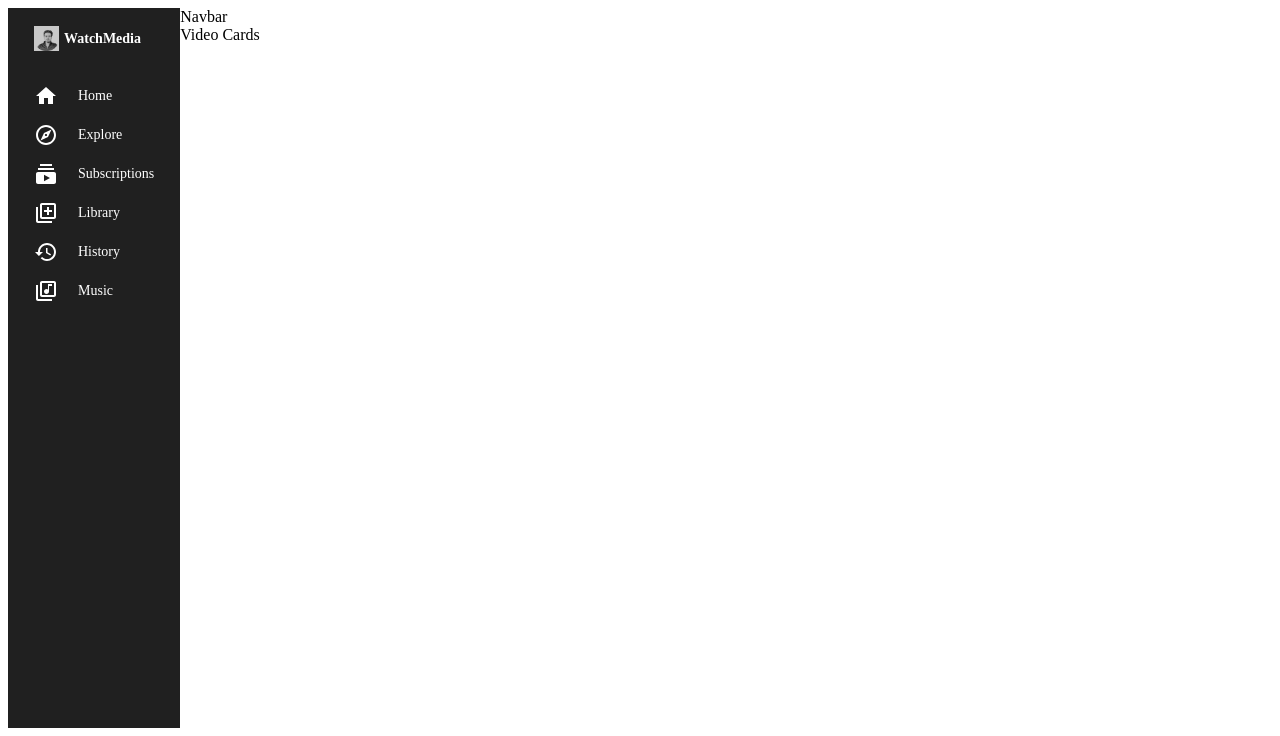
Repository: inzamamahmad3/final-year-project-skeleton
Page: /
The author's editor kept a copy of each file at every save. The page is drawn from the files as they stood at one save, then again after the next save.
The browser window is 1280 px wide. The pictures show the whole page.
The project was rebuilt for these pictures with package versions that can differ from the ones it lists, and the page was loaded fresh each time.

Above is the page before, as saved 2023-07-18 00:15:54.

### src/App.js
import styled from "styled-components";
import Menu from "./components/Menu";
import Navbar from "./components/Navbar";

const Container = styled.div`
  display: flex;
`;
const Main = styled.div`
  flex: 7;
`;
const Wrapper = styled.div``;

function App() {
  return (
    <>
      <Container>
        <Menu />
        <Main>
          <Navbar />
          <Wrapper>Video Cards</Wrapper>
        </Main>
      </Container>
    </>
  );
}

export default App;

### src/components/Menu.jsx
import React from "react";
import styled from "styled-components";
import watch from "../img/pic.png";
import HomeIcon from "@mui/icons-material/Home";
import ExploreOutlinedIcon from "@mui/icons-material/ExploreOutlined";
import SubscriptionsIcon from "@mui/icons-material/Subscriptions";
import LibraryAddOutlinedIcon from "@mui/icons-material/LibraryAddOutlined";
import HistoryOutlinedIcon from "@mui/icons-material/HistoryOutlined";
import LibraryMusicOutlinedIcon from "@mui/icons-material/LibraryMusicOutlined";
import SportsEsportsOutlinedIcon from "@mui/icons-material/SportsEsportsOutlined";
import SportsBasketballOutlinedIcon from "@mui/icons-material/SportsBasketballOutlined";
import MovieOutlinedIcon from "@mui/icons-material/MovieOutlined";
import ArticleOutlinedIcon from "@mui/icons-material/ArticleOutlined";
import LiveTvOutlinedIcon from "@mui/icons-material/LiveTvOutlined";
import AccountCircleOutlinedIcon from "@mui/icons-material/AccountCircleOutlined";
import SettingsOutlinedIcon from "@mui/icons-material/SettingsOutlined";
import FlagOutlinedIcon from "@mui/icons-material/FlagOutlined";
import HelpOutlineOutlinedIcon from "@mui/icons-material/HelpOutlineOutlined";
import SettingsBrightnessOutlinedIcon from "@mui/icons-material/SettingsBrightnessOutlined";
import { Link } from "react-router-dom";

const Container = styled.div`
  flex: 1;
  background-color: #202020;
  height: 100vh;
  color: white;
  font-size: 14px;
`;

const Wrapper = styled.div`
  padding: 18px 26px;
`;

const Logo = styled.div`
  display: flex;
  align-items: center;
  gap: 5px;
  font-weight: bold;
  margin-bottom: 25px;
`;

const Item = styled.div`
  display: flex;
  align-items: center;
  gap: 20px;
  cursor: pointer;
  padding: 7.5px 0px;
`;

const Img = styled.img`
  height: 25px;
`;
function Menu() {
  return (
    <Container>
      <Wrapper>
        <Logo>
          <Img src={watch} />
          WatchMedia
        </Logo>
        <Item>
          <HomeIcon />
          Home
        </Item>
        <Item>
          <ExploreOutlinedIcon />
          Explore
        </Item>
        <Item>
          <SubscriptionsIcon />
          Subscriptions
        </Item>
        <Item>
          <LibraryAddOutlinedIcon />
          Library
        </Item>
        <Item>
          <HistoryOutlinedIcon />
          History
        </Item>
        <Item>
          <LibraryMusicOutlinedIcon />
          Music
        </Item>
      </Wrapper>
    </Container>
  );
}

export default Menu;

Loaded but not shown: public/index.html (common file); src/index.js (common file); src/components/Navbar.jsx (common file)

After the next save:
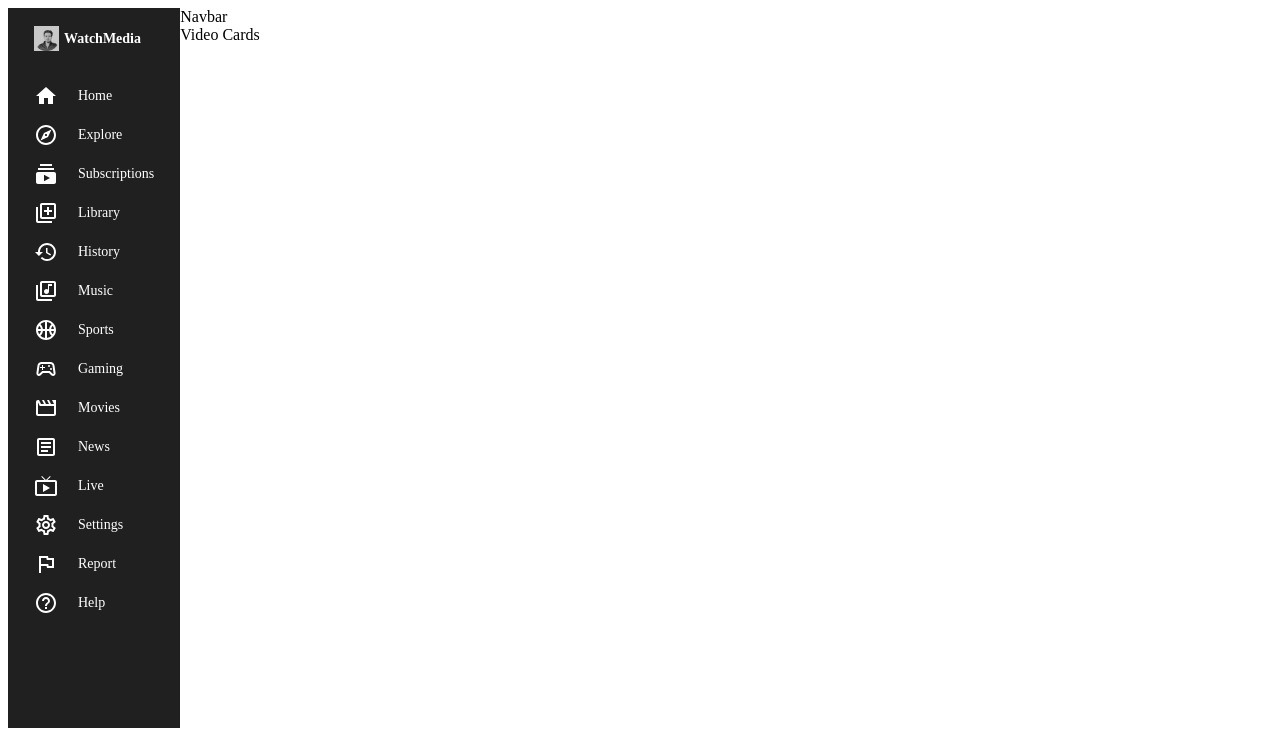
Saved 56 s later.
--- a/src/components/Menu.jsx
+++ b/src/components/Menu.jsx
@@ -82,6 +82,38 @@ function Menu() {
           <LibraryMusicOutlinedIcon />
           Music
         </Item>
+        <Item>
+          <SportsBasketballOutlinedIcon />
+          Sports
+        </Item>
+        <Item>
+          <SportsEsportsOutlinedIcon />
+          Gaming
+        </Item>
+        <Item>
+          <MovieOutlinedIcon />
+          Movies
+        </Item>
+        <Item>
+          <ArticleOutlinedIcon />
+          News
+        </Item>
+        <Item>
+          <LiveTvOutlinedIcon />
+          Live
+        </Item>
+        <Item>
+          <SettingsOutlinedIcon />
+          Settings
+        </Item>
+        <Item>
+          <FlagOutlinedIcon />
+          Report
+        </Item>
+        <Item>
+          <HelpOutlineOutlinedIcon />
+          Help
+        </Item>
       </Wrapper>
     </Container>
   );
